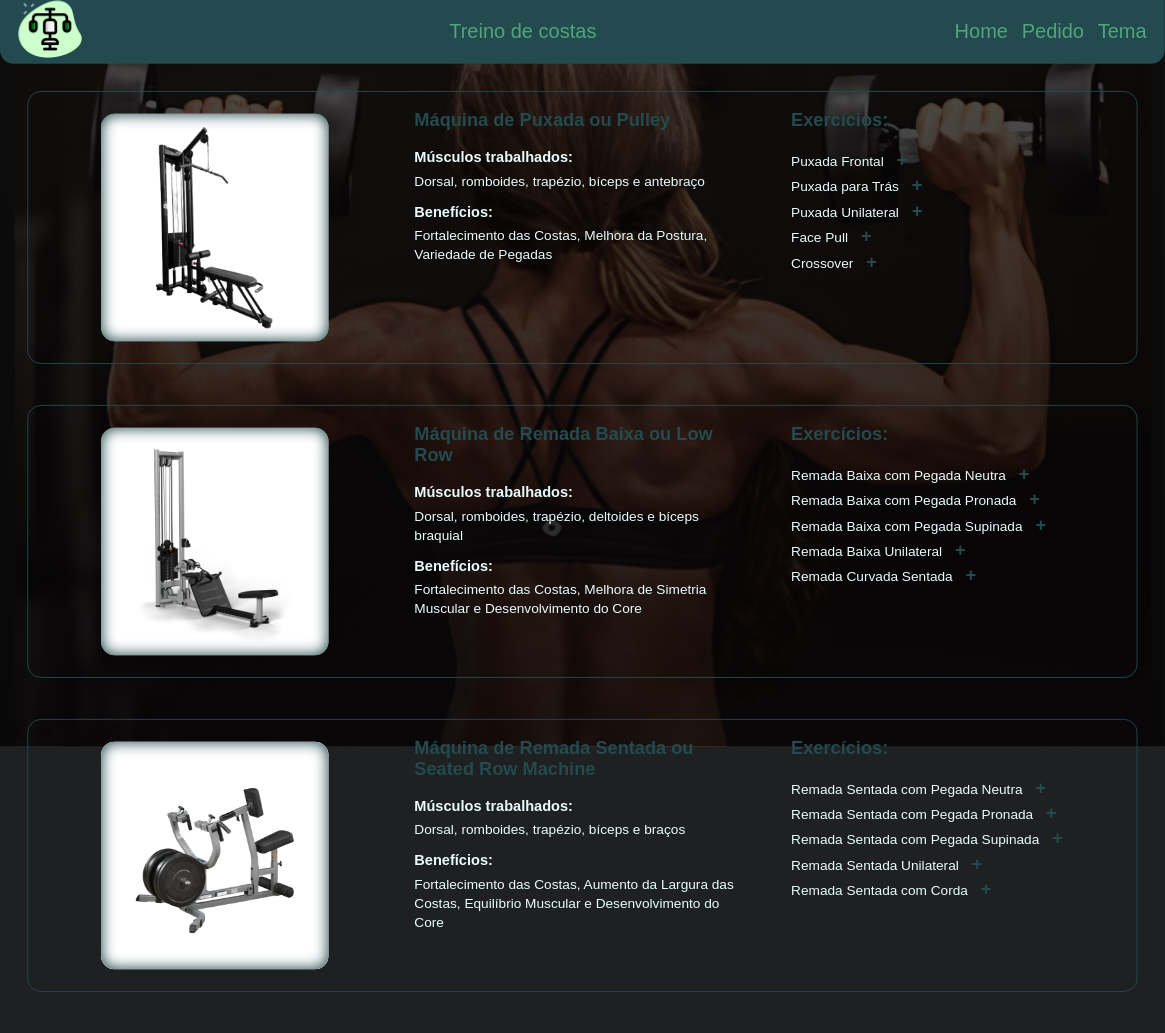
Repository: Marinalr-25/Projeto-Aparelhos-de-Academia
Page: costas.html
These files come from the project's save history. The page is drawn as it stood at one moment and after the next save; the edit follows.
The browser window is 1280 px wide. The pictures show the whole page, at 91% of full size.
Backgrounds fixed to the window are drawn as part of the page.

Above is the page before, as saved 2025-01-07 18:25:43.
Console error: TypeError: Cannot read properties of null (reading 'addEventListener')

After the next save:
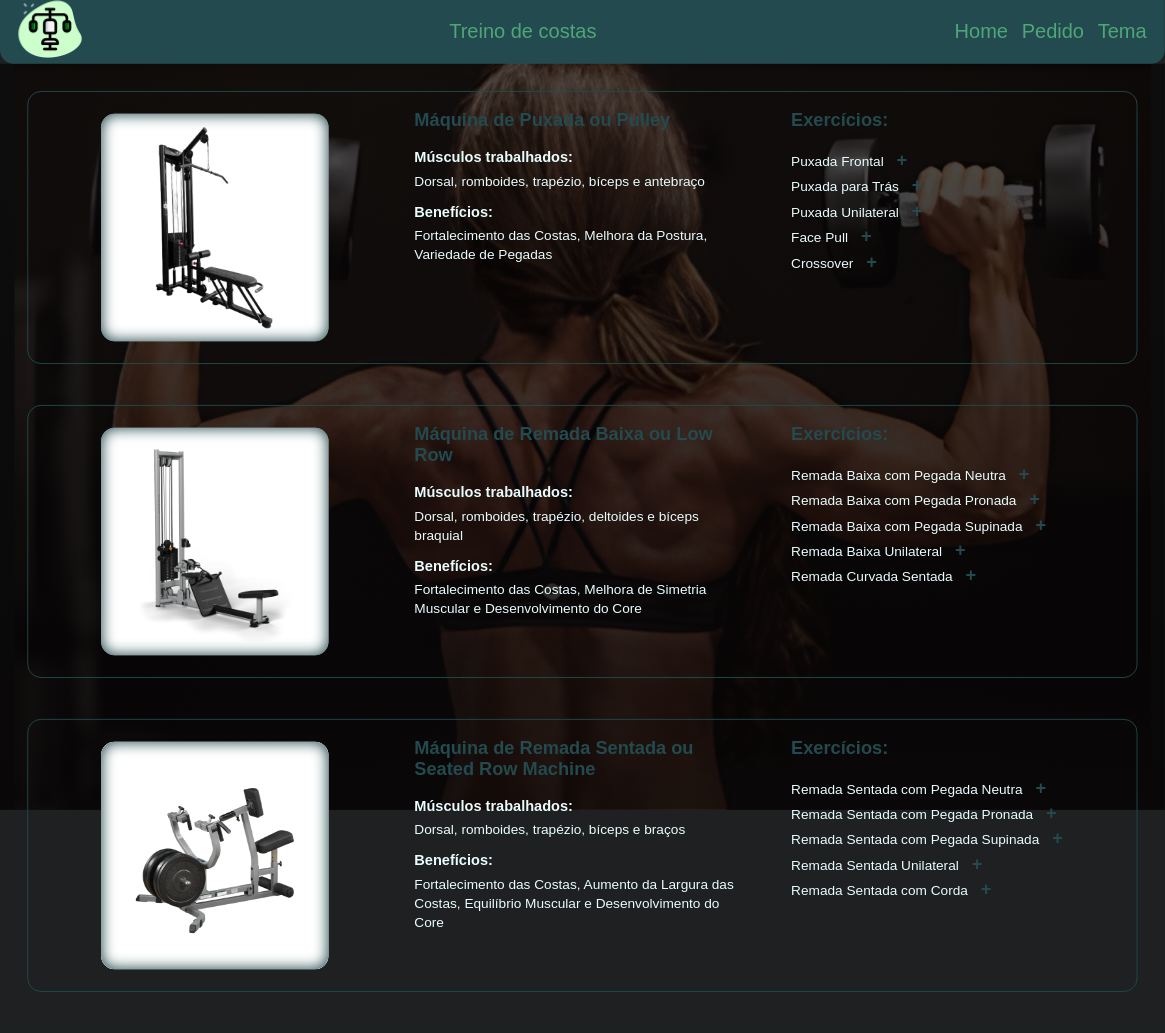
Saved 11 s later.
--- a/css/style.css
+++ b/css/style.css
@@ -439,7 +439,7 @@ main {
     url(/imagens/costasHDrecortada.png);
   background-repeat: no-repeat;
   background-size: contain;
-  background-position: center;
+  background-position: center 70px;
   background-attachment: fixed;
 
   & .container {
